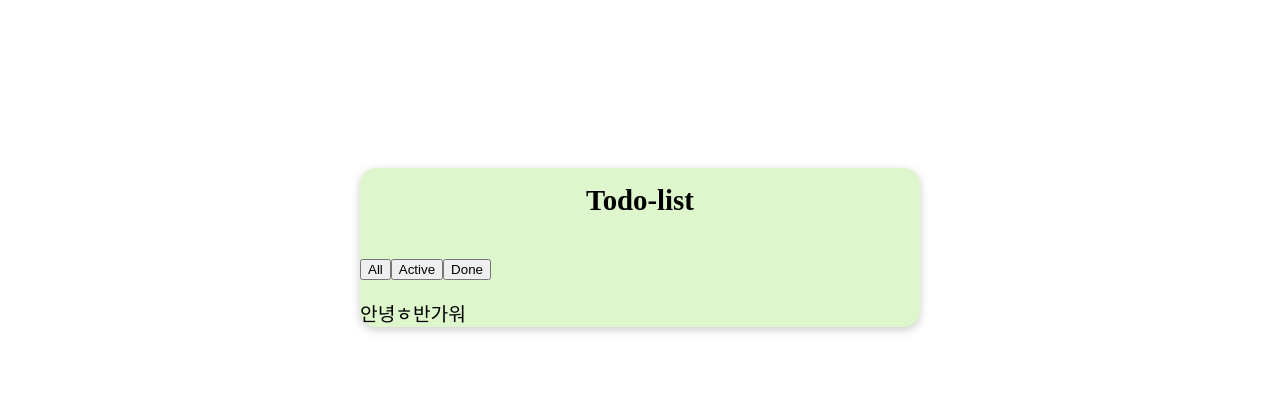
Repository: Yugayoung/todoList
Page: /
The author's editor kept a copy of each file at every save. The page is drawn from the files as they stood at one save, then again after the next save.
The browser window is 1280 px wide. The pictures show the whole page.
Some web fonts or font styles are not loaded; a fallback is used. The project was rebuilt for these pictures with package versions that can differ from the ones it lists, and the page was loaded fresh each time. Also part of the build but not shown: src/App.css.

Above is the page before, as saved 2024-03-21 01:06:02.

### src/index.css
@font-face {
  font-family: 'IM_Hyemin-Bold';
  src: url('./fonts/IM_Hyemin-Regular.otf') format('opentype');
  font-weight: normal;
  font-style: normal;
}

body {
  margin: 0;
  font-family: 'IM_Hyemin-Bold';
  -webkit-font-smoothing: antialiased;
  -moz-osx-font-smoothing: grayscale;
  width: 100vw;
  height: 100vh;
  display: flex;
  justify-content: center;
  align-items: center;
  font-size: 1.2rem;
}

code {
  font-family: source-code-pro, Menlo, Monaco, Consolas, 'Courier New',
    monospace;
}
#root {
  width: 100%;
  height: 60%;
  max-width: 35rem;
}

### src/App.js
import './App.css';
import Todo from './pages/Todo';

function App() {
  return (
    <>
      <Todo />
    </>
  );
}

export default App;

### src/pages/todo.jsx
import React from 'react';
import styled from 'styled-components';

const Title = styled.h2`
  text-align: center;
  font-weight: bold;
  padding: 1rem;
`;

const TodoList = styled.section`
  background-color: #def6cc;
  border-radius: 1rem;
  box-shadow: 0 3px 10px rgb(0, 0, 0, 0.2);
`;

export default function Todo() {
  return (
    <>
      <TodoList>
        {/* 할일 state */}
        <Title>Todo-list</Title>
        <div>
          <button>All</button>
          <button>Active</button>
          <button>Done</button>
          <p>안녕ㅎ반가워</p>
        </div>
        {/* addTodoList */}
        {/* 할일 입력 */}
      </TodoList>
    </>
  );
}

Loaded but not shown: public/index.html (common file); src/index.js (common file); src/reportWebVitals.js (common file)

After the next save:
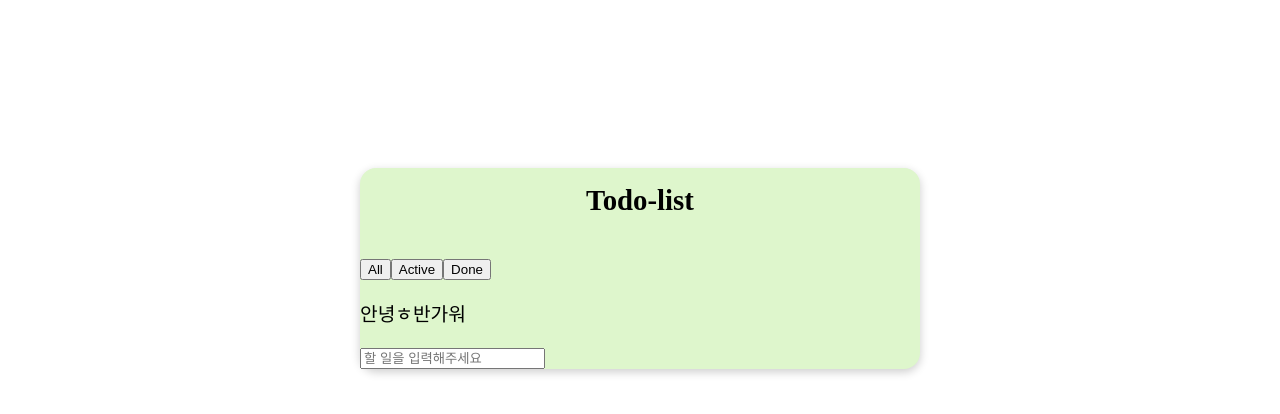
Saved 6 min 0 s later.
--- a/src/pages/todo.jsx
+++ b/src/pages/todo.jsx
@@ -27,6 +27,7 @@ export default function Todo() {
         </div>
         {/* addTodoList */}
         {/* 할일 입력 */}
+        <input type='text' placeholder='할 일을 입력해주세요' />
       </TodoList>
     </>
   );
